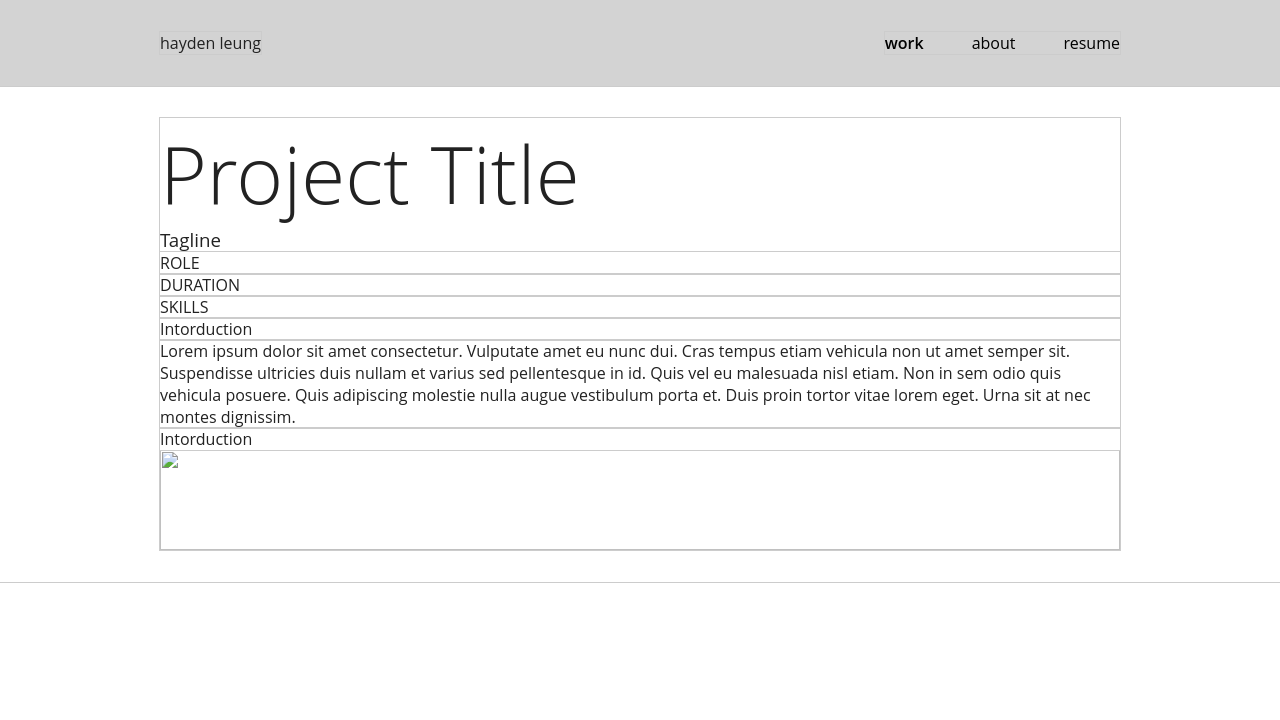
Repository: Haydenleung/Artifact
Page: /
An editor plug-in stored every save of this project. The page is shown before and after the next save, followed by the edit.
The browser window is 1280 px wide. The pictures show the whole page.
The project was rebuilt for these pictures with package versions that can differ from the ones it lists, and the page was loaded fresh each time. The framework's server and built-in components were replaced by stand-ins that run in the browser. Also part of the build but not shown: next.config.mjs.

Above is the page before, as saved 2024-01-28 23:59:37.

After the next save:
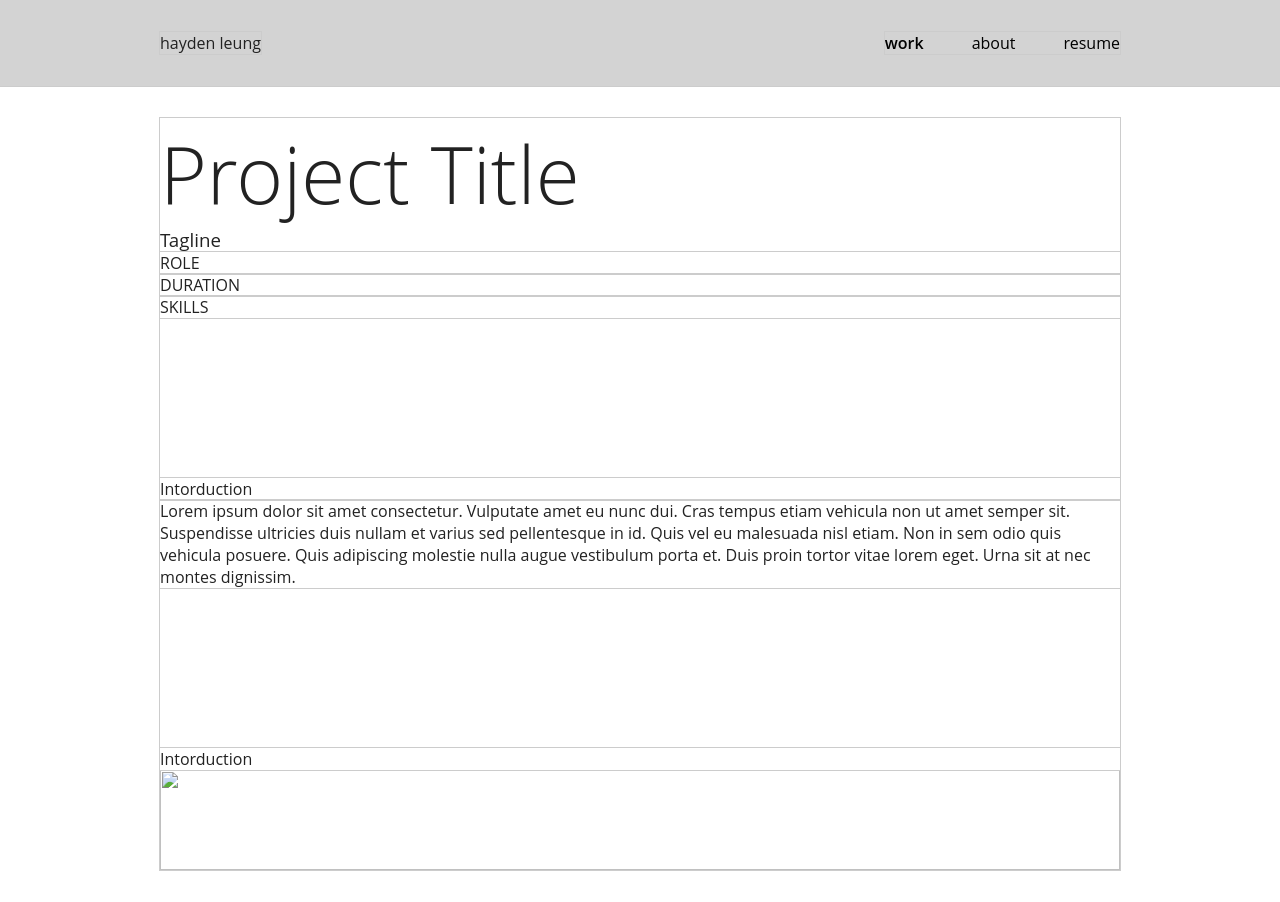
Saved 28 s later.
--- a/src/components/CaseStudy/index.tsx
+++ b/src/components/CaseStudy/index.tsx
@@ -3,22 +3,22 @@ import styles from './casestudy.module.css'
 
 export default function CaseStudy() {
     return (
-        <div className={"styles.project"}>
-            <div className={"titleSection"}>
-                <h1 className={"projetTitle"}>Project Title</h1>
-                <h3 className={"projectTagline"}>Tagline</h3>
-                <div className={"projectInfo"}>
+        <div className={styles.project}>
+            <div className={styles.titleSection}>
+                <h1 className={styles.projetTitle}>Project Title</h1>
+                <h3 className={styles.projectTagline}>Tagline</h3>
+                <div className={styles.projectInfo}>
                     <div>ROLE</div>
                     <div>DURATION</div>
                     <div>SKILLS</div>
                 </div>
             </div>
-            <div className={"introduction"}>
-                <div className={"introTitle"}>Intorduction</div>
-                <div className={"introBody"}>Lorem ipsum dolor sit amet consectetur. Vulputate amet eu nunc dui. Cras tempus etiam vehicula non ut amet semper sit. Suspendisse ultricies duis nullam et varius sed pellentesque in id. Quis vel eu malesuada nisl etiam. Non in sem odio quis vehicula posuere. Quis adipiscing molestie nulla augue vestibulum porta et. Duis proin tortor vitae lorem eget. Urna sit at nec montes dignissim.</div>
+            <div className={styles.introduction}>
+                <div className={styles.introTitle}>Intorduction</div>
+                <div className={styles.introBody}>Lorem ipsum dolor sit amet consectetur. Vulputate amet eu nunc dui. Cras tempus etiam vehicula non ut amet semper sit. Suspendisse ultricies duis nullam et varius sed pellentesque in id. Quis vel eu malesuada nisl etiam. Non in sem odio quis vehicula posuere. Quis adipiscing molestie nulla augue vestibulum porta et. Duis proin tortor vitae lorem eget. Urna sit at nec montes dignissim.</div>
             </div>
-            <div className={"process"}>
-                <div className={"processTitle"}>Intorduction</div>
+            <div className={styles.process}>
+                <div className={styles.processTitle}>Intorduction</div>
                 <Image src="/" alt="" width={100} height={100} />
             </div>
         </div>
